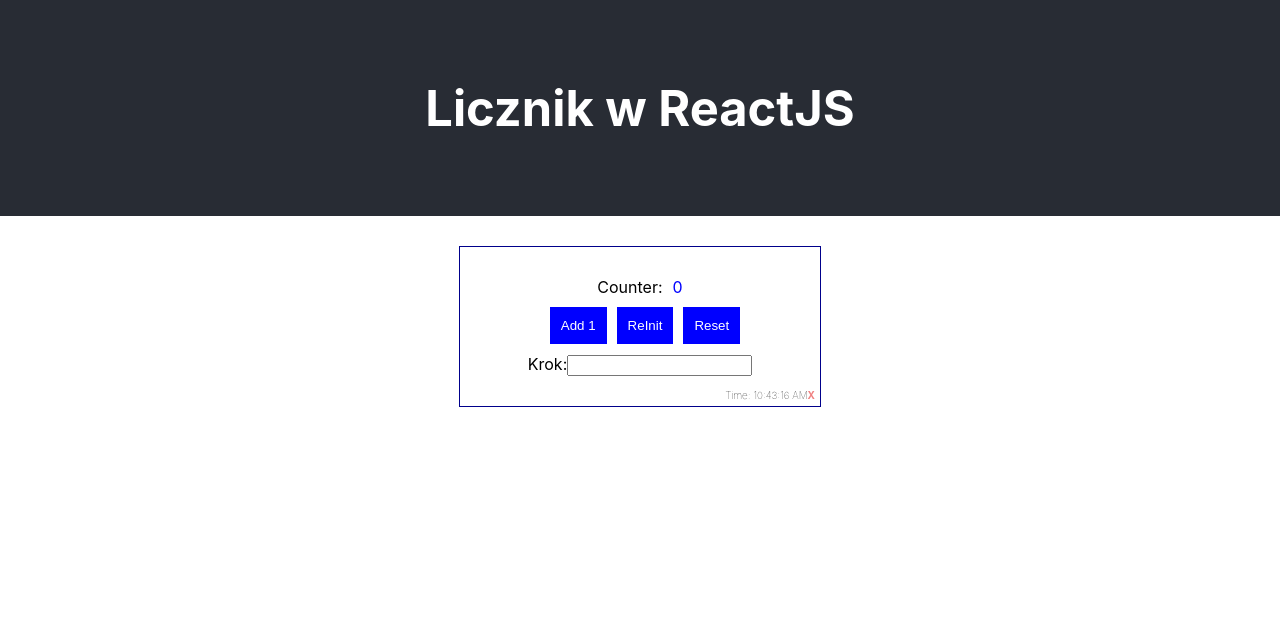
Repository: magdaf41/react-counter-app
Page: /
These files come from the project's save history. The page is drawn as it stood at one moment and after the next save; the edit follows.
The browser window is 1280 px wide. The pictures show the whole page.
The project was rebuilt for these pictures with package versions that can differ from the ones it lists, and the page was loaded fresh each time.

Above is the page before, as saved 2020-10-06 21:36:55.

After the next save:
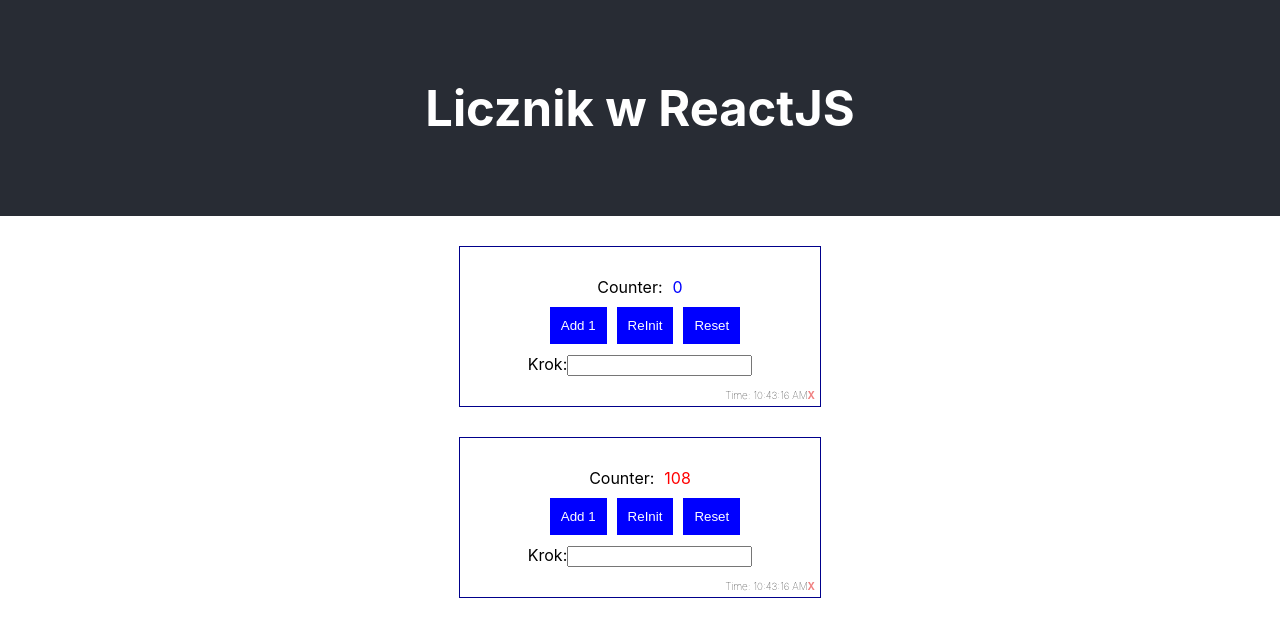
Saved 4 min 51 s later.
--- a/src/App.js
+++ b/src/App.js
@@ -9,8 +9,8 @@ function App() {
       <header className="App-header">
         <h1>Licznik w ReactJS</h1>
       </header>
-      <Counter initValue={0}>
-      </Counter>
+      <Counter initValue={0}/>
+      <Counter initValue={108}/>
 
 
 
